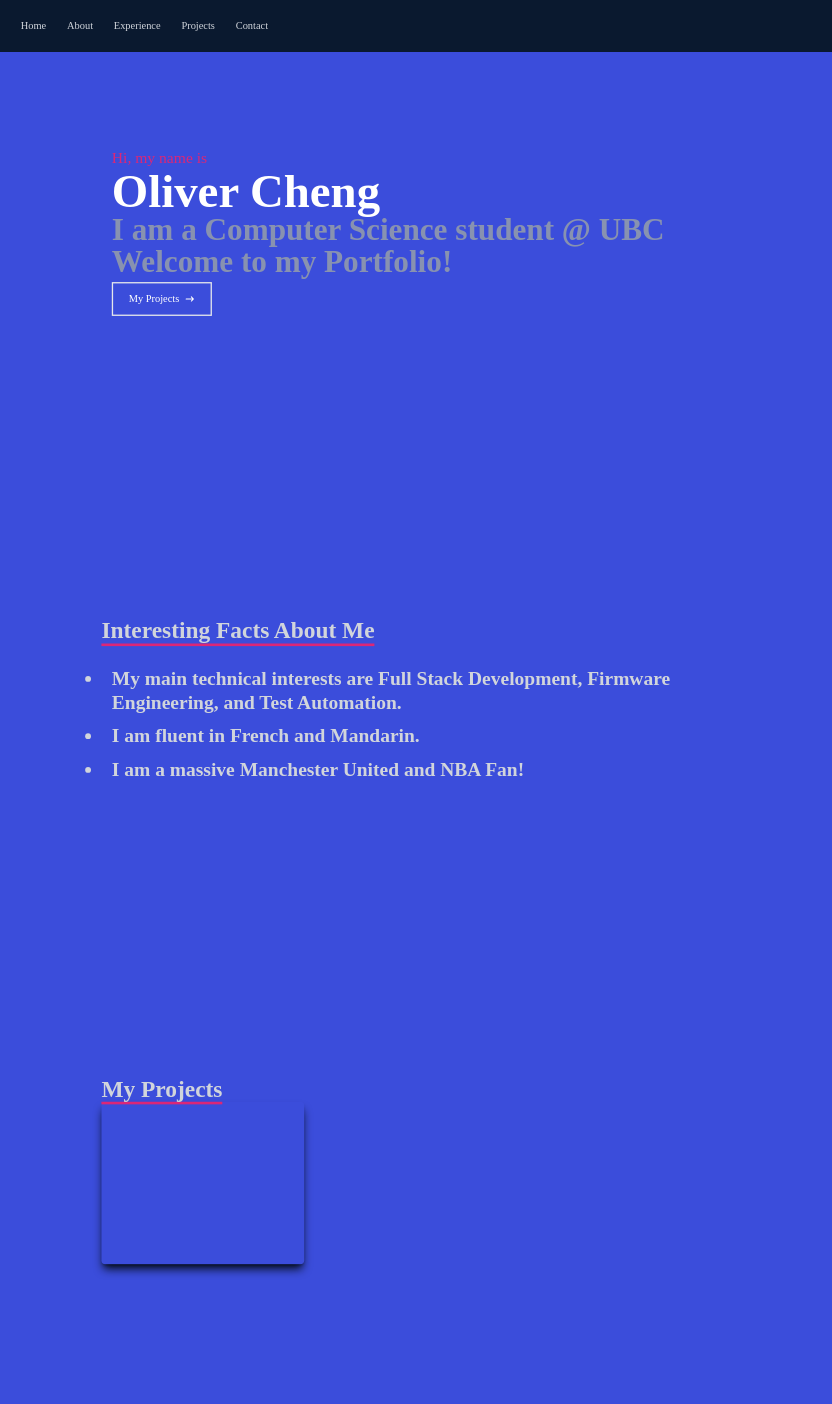
Repository: olichengus/Project-Portfolio
Page: /
These files come from the project's save history. The page is drawn as it stood at one moment and after a run of saves; the edit follows.
The browser window is 1280 px wide. The pictures show the whole page, at 65% of full size.
Pictures or frames that could not be fetched are drawn as grey boxes. The project was rebuilt for these pictures with package versions that can differ from the ones it lists, and the page was loaded fresh each time.

Above is the page before, as saved 2024-02-09 23:10:46.

After the next 3 saves:
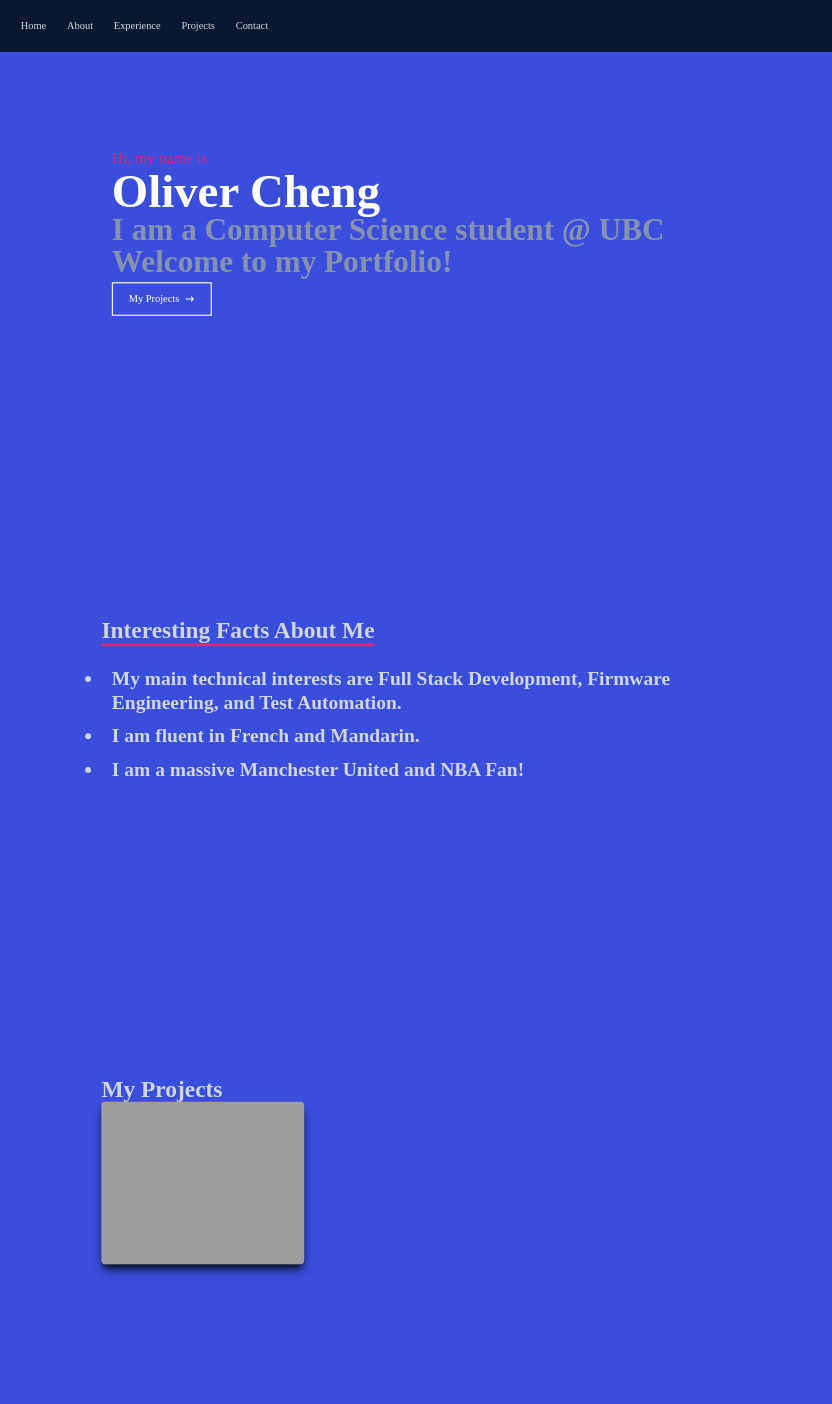
The 3 saves are shown as one change because they came seconds apart.
The last was saved 7 s later.
--- a/src/components/Work.jsx
+++ b/src/components/Work.jsx
@@ -9,9 +9,9 @@ const Work = () => {
                     <p className='text-4xl font-bold inline border-b-4 text-gray-300 border-pink-600'>My Projects</p>
                 </div>
 
-                <div
-                className='grid sm:grid-cols-2 md:grid-cols-3 gap-4'>
-                    <div className='shadow-lg shadow-[#040c16] group container rounded-md flex justify-center items-center mx-auto content-div'>
+                <div className='grid sm:grid-cols-2 md:grid-cols-3 gap-4'>
+                    <div style = {{backgroundImage: `url(${Background})`}}
+                    className='shadow-lg shadow-[#040c16] group container rounded-md flex justify-center items-center mx-auto content-div'>
 
                         {/* Hover Effects */}
                         <div className='opacity-0 group-hover:opacity-100'>
